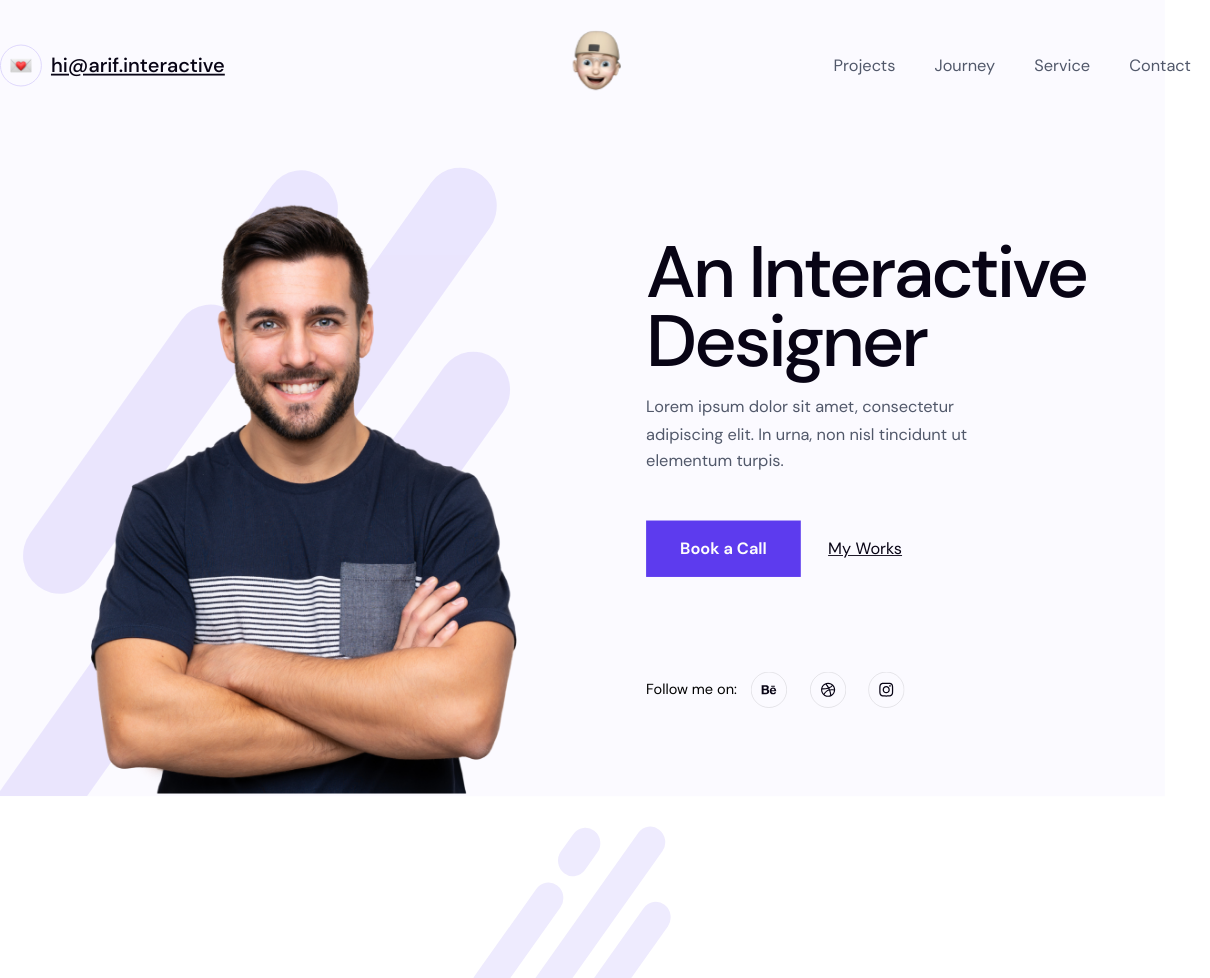
Repository: trantangtuan/project-06-grid-system12column-demo
Page: index.html
These files come from the project's save history. The page is drawn as it stood at one moment and after the next save; the edit follows.
The browser window is 1280 px wide. The page is 1330 px wide, so the pictures cover 1330 px, including what lies to the right of the window. The pictures show the whole page, at 91% of full size.

Above is the page before, as saved 2024-07-13 21:20:06.

### index.html
<!DOCTYPE html>
<html lang="en">
  <head>
    <meta charset="UTF-8" />
    <meta name="viewport" content="width=device-width, initial-scale=1.0" />
    <title>Project - 06 - use grid systerm 12 column</title>
    <!-- reset css -->
    <link rel="stylesheet" href="./assets/css/reset.css" />
    <!-- grid css -->
    <link rel="stylesheet" href="./assets/css/grid.css" />
    <!-- style css -->
    <link rel="stylesheet" href="./assets/css/style.css" />
    <!-- responsive css -->
    <link rel="stylesheet" href="./assets/css/responsive.css" />
    <!-- font DM sans -->
    <link rel="stylesheet" href="./assets/Font/stylesheet.css" />
  </head>
  <body>
    <!-- header -->
    <header class="header">
      <div class="nav">
        <div class="nav__mail">
          <div class="nav__mail-icon">
            <img
              class="nav__mail-img"
              src="./assets/img/mail-icon.png"
              alt="mail icon"
            />
          </div>
          <a
            href="mailto:nguyenvancuong0345723186@gmail.com"
            class="nav__mail-desc"
          >
            hi@arif.interactive
          </a>
        </div>
        <div class="logo">
          <img src="./assets/img/logo-boy.svg" alt="logo" class="logo-img" />
        </div>
        <ul class="navbar">
          <li>
            <a href="#!" class="navbar__item">Projects</a>
          </li>
          <li>
            <a href="#!" class="navbar__item">Journey</a>
          </li>
          <li>
            <a href="#!" class="navbar__item">Service</a>
          </li>
          <li>
            <a href="#!" class="navbar__item">Contact</a>
          </li>
        </ul>
      </div>
    </header>
    <!-- main -->
    <main class="main">
      <!-- hero -->
      <div class="hero">
        <div class="container">
          <div class="hero__left">
            <img
              class="group-rectangle__left"
              src="./assets/img/group-rectangle-left.svg"
              alt=""
            />
            <img
              src="./assets/img/hero-img.png"
              alt="image hero"
              class="hero__img"
            />
            <img
              class="group-rectangle__right"
              src="./assets/img/group-rectangle-right.svg"
              alt=""
            />
          </div>
          <div class="hero__right">
            <h1 class="hero__title">An Interactive Designer</h1>
            <p class="hero__desc">
              Lorem ipsum dolor sit amet, consectetur adipiscing elit. In urna,
              non nisl tincidunt ut elementum turpis.
            </p>
            <div class="hero__cta">
              <a href="#!" class="btn btn__book-call">Book a Call</a>
              <a href="#!" class="btn__my-detail">My Works</a>
            </div>

            <div class="hero__social-network">
              <span class="social-network__desc">Follow me on:</span>
              <div class="social-network__group">
                <a href="#!">
                  <img
                    src="./assets/img/Goggle.svg"
                    alt="goggle"
                    class="social-network__icon"
                  />
                </a>
                <a href="#!">
                  <img
                    src="./assets/img/icon.svg"
                    alt="icon"
                    class="social-network__icon"
                  />
                </a>
                <a href="#!">
                  <img
                    src="./assets/img/Instagram.svg"
                    alt="instagram"
                    class="social-network__icon"
                  />
                </a>
              </div>
            </div>
          </div>
        </div>
      </div>
    </main>
  </body>
</html>

### assets/css/grid.css
.container,
.container-fluid {
  --spacer: 10px;
  --column-size: 12;
  width: 100%;
  margin-left: auto;
  margin-right: auto;
  padding-left: calc(var(--spacer) / 2);
  padding-right: calc(var(--spacer) / 2);
}

.row {
  display: flex;
  flex-wrap: wrap;

  margin: 0px calc(-1 * var(--spacer) / 2);
}

.gutter-0 {
  --spacer: 0;
}

[class*="offset-"] {
  margin-left: calc(100% / var(--column-size) * var(--offset-value));
}

.offset-1 {
  --offset-value: 1;
}

.offset-2 {
  --offset-value: 2;
}

.offset-3 {
  --offset-value: 3;
}

.offset-4 {
  --offset-value: 4;
}

.offset-5 {
  --offset-value: 5;
}

.offset-6 {
  --offset-value: 6;
}

.offset-7 {
  --offset-value: 7;
}

.offset-8 {
  --offset-value: 8;
}

.offset-9 {
  --offset-value: 9;
}

.offset-10 {
  --offset-value: 10;
}

.offset-11 {
  --offset-value: 11;
}

.col,
.row[class*="row-cols-"] > *,
.row > [class*="col-"] {
  padding-left: calc(var(--spacer) / 2);
  padding-right: calc(var(--spacer) / 2);
}

.row[class*="row-cols-"] > *,
.row > [class*="col-"] {
  flex: 0 0 auto;
}

.row[class*="row-cols-"] > * {
  width: calc(100% / var(--row-cols-number));
}

.row-cols-1 > * {
  --row-cols-number: 1;
}

.row-cols-2 > * {
  --row-cols-number: 2;
}

.row-cols-3 > * {
  --row-cols-number: 3;
}

.row-cols-4 > * {
  --row-cols-number: 4;
}

.row-cols-5 > * {
  --row-cols-number: 5;
}

.row-cols-6 > * {
  --row-cols-number: 6;
}

.row > [class*="col-"] {
  width: calc(100% / var(--column-size) * var(--column-number));
}

.col-1 {
  --column-number: 1;
}

.col-2 {
  --column-number: 2;
}

.col-3 {
  --column-number: 3;
}

.col-4 {
  --column-number: 4;
}

.col-5 {
  --column-number: 5;
}

.col-6 {
  --column-number: 6;
}

.col-7 {
  --column-number: 7;
}

.col-8 {
  --column-number: 8;
}

.col-9 {
  --column-number: 9;
}

.col-10 {
  --column-number: 10;
}

.col-11 {
  --column-number: 11;
}

.col-12 {
  --column-number: 12;
}

/* // Small devices (landscape phones, 576px and up) */
@media (min-width: 576px) {
  .container {
    --spacer: 20px;
    width: 540px;
  }

  .gutter-sm-0 {
    --spacer: 0;
  }

  .offset-sm-1 {
    --offset-value: 1;
  }

  .offset-sm-2 {
    --offset-value: 2;
  }

  .offset-sm-3 {
    --offset-value: 3;
  }

  .offset-sm-4 {
    --offset-value: 4;
  }

  .offset-sm-5 {
    --offset-value: 5;
  }

  .offset-sm-6 {
    --offset-value: 6;
  }

  .offset-sm-7 {
    --offset-value: 7;
  }

  .offset-sm-8 {
    --offset-value: 8;
  }

  .offset-sm-9 {
    --offset-value: 9;
  }

  .offset-sm-10 {
    --offset-value: 10;
  }

  .offset-sm-11 {
    --offset-value: 11;
  }

  .col-sm-1 {
    --column-number: 1;
  }

  .col-sm-2 {
    --column-number: 2;
  }

  .col-sm-3 {
    --column-number: 3;
  }

  .col-sm-4 {
    --column-number: 4;
  }

  .col-sm-5 {
    --column-number: 5;
  }

  .col-sm-6 {
    --column-number: 6;
  }

  .col-sm-7 {
    --column-number: 7;
  }

  .col-sm-8 {
    --column-number: 8;
  }

  .col-sm-9 {
    --column-number: 9;
  }

  .col-sm-10 {
    --column-number: 10;
  }

  .col-sm-11 {
    --column-number: 11;
  }

  .col-sm-12 {
    --column-number: 12;
  }

  .row-cols-sm-1 > * {
    --row-cols-number: 1;
  }

  .row-cols-sm-2 > * {
    --row-cols-number: 2;
  }

  .row-cols-sm-3 > * {
    --row-cols-number: 3;
  }

  .row-cols-sm-4 > * {
    --row-cols-number: 4;
  }

  .row-cols-sm-5 > * {
    --row-cols-number: 5;
  }

  .row-cols-sm-6 > * {
    --row-cols-number: 6;
  }
}

/* // Medium devices (tablets, 768px and up) */
@media (min-width: 768px) {
  .container {
    width: 720px;
  }

  .gutter-md-0 {
    --spacer: 0;
  }

  .offset-md-1 {
    --offset-value: 1;
  }

  .offset-md-2 {
    --offset-value: 2;
  }

  .offset-md-3 {
    --offset-value: 3;
  }

  .offset-md-4 {
    --offset-value: 4;
  }

  .offset-md-5 {
    --offset-value: 5;
  }

  .offset-md-6 {
    --offset-value: 6;
  }

  .offset-md-7 {
    --offset-value: 7;
  }

  .offset-md-8 {
    --offset-value: 8;
  }

  .offset-md-9 {
    --offset-value: 9;
  }

  .offset-md-10 {
    --offset-value: 10;
  }

  .offset-md-11 {
    --offset-value: 11;
  }

  .col-md-1 {
    --column-number: 1;
  }

  .col-md-2 {
    --column-number: 2;
  }

  .col-md-3 {
    --column-number: 3;
  }

  .col-md-4 {
    --column-number: 4;
  }

  .col-md-5 {
    --column-number: 5;
  }

  .col-md-6 {
    --column-number: 6;
  }

  .col-md-7 {
    --column-number: 7;
  }

  .col-md-8 {
    --column-number: 8;
  }

  .col-md-9 {
    --column-number: 9;
  }

  .col-md-10 {
    --column-number: 10;
  }

  .col-md-11 {
    --column-number: 11;
  }

  .col-md-12 {
    --column-number: 12;
  }

  .row-cols-md-1 > * {
    --row-cols-number: 1;
  }

  .row-cols-md-2 > * {
    --row-cols-number: 2;
  }

  .row-cols-md-3 > * {
    --row-cols-number: 3;
  }

  .row-cols-md-4 > * {
    --row-cols-number: 4;
  }

  .row-cols-md-5 > * {
    --row-cols-number: 5;
  }

  .row-cols-md-6 > * {
    --row-cols-number: 6;
  }
}

/* // Large devices (desktops, 992px and up) */
@media (min-width: 992px) {
  .container {
    width: 960px;
    --spacer: 30px;
  }

  .gutter-lg-0 {
    --spacer: 0;
  }

  .offset-lg-1 {
    --offset-value: 1;
  }

  .offset-lg-2 {
    --offset-value: 2;
  }

  .offset-lg-3 {
    --offset-value: 3;
  }

  .offset-lg-4 {
    --offset-value: 4;
  }

  .offset-lg-5 {
    --offset-value: 5;
  }

  .offset-lg-6 {
    --offset-value: 6;
  }

  .offset-lg-7 {
    --offset-value: 7;
  }

  .offset-lg-8 {
    --offset-value: 8;
  }

  .offset-lg-9 {
    --offset-value: 9;
  }

  .offset-lg-10 {
    --offset-value: 10;
  }

  .offset-lg-11 {
    --offset-value: 11;
  }

  .col-lg-1 {
    --column-number: 1;
  }

  .col-lg-2 {
    --column-number: 2;
  }

  .col-lg-3 {
    --column-number: 3;
  }

  .col-lg-4 {
    --column-number: 4;
  }

  .col-lg-5 {
    --column-number: 5;
  }

  .col-lg-6 {
    --column-number: 6;
  }

  .col-lg-7 {
    --column-number: 7;
  }

  .col-lg-8 {
    --column-number: 8;
  }

  .col-lg-9 {
    --column-number: 9;
  }

  .col-lg-10 {
    --column-number: 10;
  }

  .col-lg-11 {
    --column-number: 11;
  }

  .col-lg-12 {
    --column-number: 12;
  }

  .row-cols-lg-1 > * {
    --row-cols-number: 1;
  }

  .row-cols-lg-2 > * {
    --row-cols-number: 2;
  }

  .row-cols-lg-3 > * {
    --row-cols-number: 3;
  }

  .row-cols-lg-4 > * {
    --row-cols-number: 4;
  }

  .row-cols-lg-5 > * {
    --row-cols-number: 5;
  }

  .row-cols-lg-6 > * {
    --row-cols-number: 6;
  }
}

/* // X-Large devices (large desktops, 1200px and up) */
@media (min-width: 1200px) {
  .container {
    width: 1170px;
  }

  .gutter-xl-0 {
    --spacer: 0;
  }

  .offset-xl-1 {
    --offset-value: 1;
  }

  .offset-xl-2 {
    --offset-value: 2;
  }

  .offset-xl-3 {
    --offset-value: 3;
  }

  .offset-xl-4 {
    --offset-value: 4;
  }

  .offset-xl-5 {
    --offset-value: 5;
  }

  .offset-xl-6 {
    --offset-value: 6;
  }

  .offset-xl-7 {
    --offset-value: 7;
  }

  .offset-xl-8 {
    --offset-value: 8;
  }

  .offset-xl-9 {
    --offset-value: 9;
  }

  .offset-xl-10 {
    --offset-value: 10;
  }

  .offset-xl-11 {
    --offset-value: 11;
  }

  .col-xl-1 {
    --column-number: 1;
  }

  .col-xl-2 {
    --column-number: 2;
  }

  .col-xl-3 {
    --column-number: 3;
  }

  .col-xl-4 {
    --column-number: 4;
  }

  .col-xl-5 {
    --column-number: 5;
  }

  .col-xl-6 {
    --column-number: 6;
  }

  .col-xl-7 {
    --column-number: 7;
  }

  .col-xl-8 {
    --column-number: 8;
  }

  .col-xl-9 {
    --column-number: 9;
  }

  .col-xl-10 {
    --column-number: 10;
  }

  .col-xl-11 {
    --column-number: 11;
  }

  .col-xl-12 {
    --column-number: 12;
  }

  .row-cols-xl-1 > * {
    --row-cols-number: 1;
  }

  .row-cols-xl-2 > * {
    --row-cols-number: 2;
  }

  .row-cols-xl-3 > * {
    --row-cols-number: 3;
  }

  .row-cols-xl-4 > * {
    --row-cols-number: 4;
  }

  .row-cols-xl-5 > * {
    --row-cols-number: 5;
  }

  .row-cols-xl-6 > * {
    --row-cols-number: 6;
  }
}

### assets/css/style.css
:root {
  --primary-color: #5d3bee;
  --secondary-color: #51586a;
}

*,
::after,
::before {
  box-sizing: border-box;
}

html {
  font-size: 62.5%;
}

body {
  font-size: 1.6rem;
  font-family: "DM Sans", sans-serif;
}

.item {
  /* width: 33.3333%; */
  border: 1px dashed orange;
  flex: 1 0;
}

/* ======================common======================== */

a {
  text-decoration: none;
  color: var(--secondary-color);
  font-size: 1.8rem;
  font-style: normal;
  font-weight: 400;
}

.btn {
  display: inline-block;
  height: 62px;
  min-width: 170px;
  background-color: var(--primary-color);
  padding: 0px 8px;
  color: #fdfdfd;
  font-size: 1.8rem;
  font-style: normal;
  font-weight: 700;
  line-height: 62px;
  text-align: center;
}

/* ==========================header========================= */

.header {
  background-color: #fbfaff;
  padding-top: 20px;
  position: sticky;
  top: -20px;
  z-index: 999;
}

.nav {
  width: 1330px;
  margin: 0px auto;
  display: flex;
  align-items: center;
}

.nav__mail {
  display: flex;
  align-items: center;
  gap: 0 10px;
}

.nav__mail-icon {
  width: 46px;
  height: 46px;
  border-radius: 50%;
  border: 1px solid #dcd4fc;
  display: flex;
  align-items: center;
  justify-content: center;
}

.nav__mail-desc {
  color: #080415;
  font-size: 2.2rem;
  font-style: normal;
  font-weight: 500;
  line-height: 136.364%;
  text-decoration: underline;
}

.logo {
  margin-left: 357px;
}

.logo-img {
  height: 100px;
  width: 100px;
}

.navbar {
  margin-left: auto;
  display: flex;
  align-items: center;
}

.navbar__item {
  padding: 8px 21.5px;
}

/* ========================main================== */
/* hero */

.hero {
  padding-top: 44px;
  background-color: #fbfaff;
}

.hero > .container {
  position: relative;
  display: flex;
  align-items: center;
  z-index: 2;
}

.hero__left,
.hero__right {
  position: relative;
}

.group-rectangle__left {
  position: absolute;
  z-index: -1;
  bottom: 0;
  right: -170px;
}

.hero__img {
  width: 514px;
}

.hero__right {
  width: 500px;
  margin-left: auto;
}

.hero__title {
  color: #080415;
  font-size: 8rem;
  font-style: normal;
  font-weight: 500;
  line-height: 95%;
  letter-spacing: -3.2px;
}

.hero__desc {
  width: 370px;
  margin-top: 20px;
  color: #51586a;
  font-size: 1.8rem;
  font-style: normal;
  font-weight: 400;
  line-height: 166.667%;
}

.hero__cta {
  margin-top: 50px;
  display: flex;
  align-items: center;
  gap: 30px;
}

.btn__my-detail {
  background-color: transparent;
  color: #080415;
  text-decoration: underline;
}

.hero__social-network {
  margin-top: 104px;
  display: flex;
  /* align-items: center; */
}

.social-network__desc {
  line-height: 40px;
  margin-right: -5px;
}

.social-network__icon {
  width: 40px;
  height: 40px;
  margin-left: 20px;
}

.group-rectangle__right {
  position: absolute;
  bottom: -200px;
  z-index: -1;
  right: -200px;
}

### assets/Font/stylesheet.css
@font-face {
    font-family: 'DM Sans';
    src: url('DMSans-Bold.woff2') format('woff2'),
        url('DMSans-Bold.woff') format('woff');
    font-weight: bold;
    font-style: normal;
    font-display: swap;
}

@font-face {
    font-family: 'DM Sans';
    src: url('DMSans-Italic.woff2') format('woff2'),
        url('DMSans-Italic.woff') format('woff');
    font-weight: normal;
    font-style: italic;
    font-display: swap;
}

@font-face {
    font-family: 'DM Sans';
    src: url('DMSans-BoldItalic.woff2') format('woff2'),
        url('DMSans-BoldItalic.woff') format('woff');
    font-weight: bold;
    font-style: italic;
    font-display: swap;
}

@font-face {
    font-family: 'DM Sans';
    src: url('DMSans-Medium.woff2') format('woff2'),
        url('DMSans-Medium.woff') format('woff');
    font-weight: 500;
    font-style: normal;
    font-display: swap;
}

@font-face {
    font-family: 'DM Sans';
    src: url('DMSans-MediumItalic.woff2') format('woff2'),
        url('DMSans-MediumItalic.woff') format('woff');
    font-weight: 500;
    font-style: italic;
    font-display: swap;
}

@font-face {
    font-family: 'DM Sans';
    src: url('DMSans-Regular.woff2') format('woff2'),
        url('DMSans-Regular.woff') format('woff');
    font-weight: normal;
    font-style: normal;
    font-display: swap;
}

Loaded but not shown: assets/css/reset.css (common file); assets/css/responsive.css (no stored copy; drawn as an empty file)

After the next save:
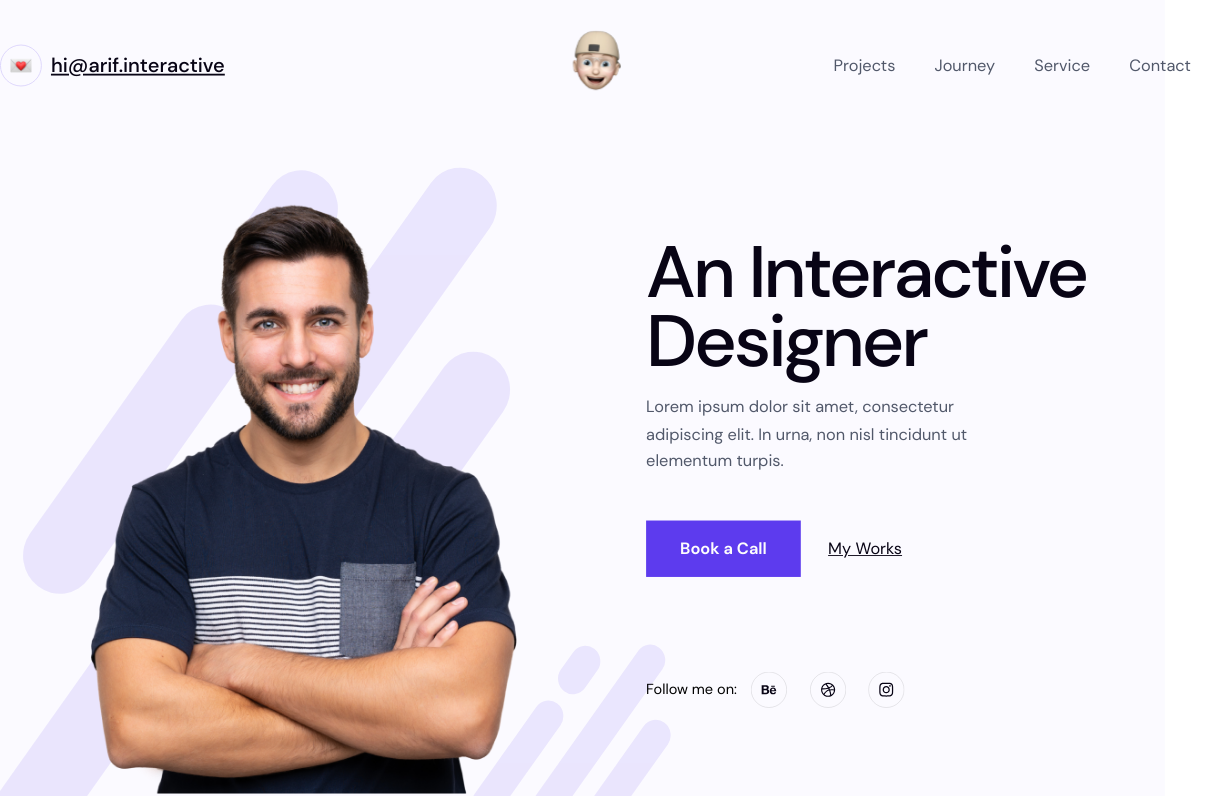
Saved 10 s later.
--- a/assets/css/style.css
+++ b/assets/css/style.css
@@ -196,7 +196,7 @@ a {
 
 .group-rectangle__right {
   position: absolute;
-  bottom: -200px;
+  bottom: 0px;
   z-index: -1;
   right: -200px;
 }
